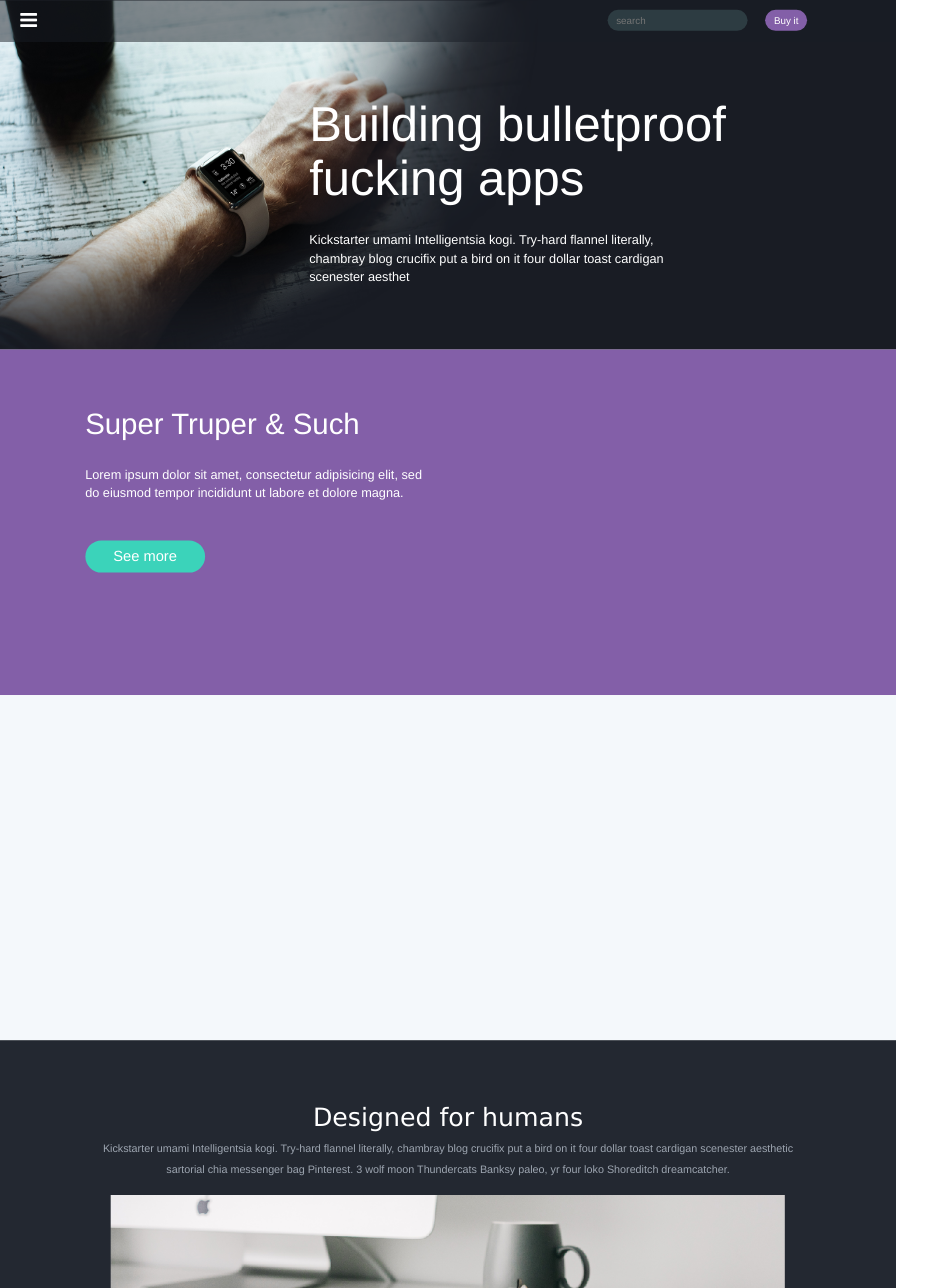
Repository: KatarzynaOwczarska/Tork
Page: Tork/WebContent/index.html
The author's editor kept a copy of each file at every save. The page is drawn from the files as they stood at one save, then again after the next save.
The browser window is 1280 px wide. The page is 1321 px wide, so the pictures cover 1321 px, including what lies to the right of the window. The pictures show the part of the page from y = 0 to 1840 px (the page is 4629 px tall), at 70% of full size.
Backgrounds fixed to the window are drawn as part of the page.

Above is the page before, as saved 2017-02-06 13:39:45.

### Tork/WebContent/index.html
<!DOCTYPE html>
<html>
<head>
	<meta charset="UTF-8">
	<title>Tork</title>
	<link rel="stylesheet" type="text/css" href="./css/bootstrap.min.css">
	<link rel="stylesheet" type="text/css" href="./css/style.css">
	<link rel="stylesheet" href="./css/font-awesome.min.css">
	<link rel="stylesheet" href="./css/animate.css" type="text/css">
	<script src="./js/jquery-3.1.1.min.js"></script>
	<script src="./js/bootstrap.min.js"></script>
	<script src="./js/jquery.viewportchecker.min.js"></script>
	<script src="./js/scrollreveal.min.js"></script>
</head>
<body>
<div class="container-fluid">
	<div class="row">
		<div id="zegarek" class="col-xs-12" >
				<header>
					<div class="col-xs-1">
						<span id="nav" class="fa fa-bars fa-2x" aria-hidden="true"></span>
					</div>
					<div class="col-xs-offset-1 col-xs-9 col-lg-offset-7 col-lg-3">
						<input id="search" type="search" placeholder="search">
						<button id="buy-it">Buy it</button>
					</div>
				</header>
			<div class="col-xs-12 col-sm-offset-4 col-sm-6">
				<h1 id="naglowek"> Building bulletproof <br>fucking apps</h1>
				<p id="napis"><br>Kickstarter umami Intelligentsia kogi. Try-hard flannel literally, chambray blog crucifix put a bird on it four dollar toast cardigan scenester aesthet</p>
			</div>
			<div data-animate="bounceInDown"id="telefon" class="col-md-offset-6 col-md-6 hidden-xs hidden-sm">
				<img src="./telefon.png" height="550" width="430">
			</div>
		</div>
	</div>
	<div id=fiolet class="row">
			<div  id="super" class="col-md-5 col-md-offset-1 col-xs-offset-2 col-xs-8">
				<h2 id="super-truper">Super Truper & Such</h2>
				<p id="napis2"><br>Lorem ipsum dolor sit amet, consectetur adipisicing elit, sed do eiusmod tempor incididunt ut labore et dolore magna.</p>
				<button id="przycisk">See more</button>
			</div>
	</div>
	<div id="trzy-kolumny" class="row">
			<div data-animate="fadeIn" class="col-xs-10 col-xs-offset-1">
				<div class="col-xs-12 col-md-4">
					<h2 id="design-features">Design & Features</h2>
					<br>
					<p id="design-features-p">Flannel ennui narwhal, craft beer twee Vice plaid authentic synth.</p>
					<br>
					<p id="miedzy-liniami">Kickstarter umami Intelligentsia kogi. Try-hard flannel literally, chambray blog crucifix put a bird on it four dollar toast cardigan scenester aesthetic sartorial chia messenger bag Pinterest.</p>
					<br>
					<button id="przycisk">See more</button>
				</div>
				<div class="col-xs-12 col-md-4">
					<h2 id="design-features">Design & Features</h2>
					<br>
					<p id="design-features-p">Flannel ennui narwhal, craft beer twee Vice plaid authentic synth.</p>
					<br>
					<p id="miedzy-liniami">Kickstarter umami Intelligentsia kogi. Try-hard flannel literally, chambray blog crucifix put a bird on it four dollar toast cardigan scenester aesthetic sartorial chia messenger bag Pinterest.</p>
					<br>
					<button id="przycisk">See more</button>
				</div>
				<div class="col-xs-12 col-md-4">
					<h2 id="design-features">Design & Features</h2>
					<br>
					<p id="design-features-p">Flannel ennui narwhal, craft beer twee Vice plaid authentic synth.</p>
					<br>
					<p id="miedzy-liniami">Kickstarter umami Intelligentsia kogi. Try-hard flannel literally, chambray blog crucifix put a bird on it four dollar toast cardigan scenester aesthetic sartorial chia messenger bag Pinterest.</p>
					<br>
					<button id="przycisk">See more</button>
				</div>
			</div>
	</div>
	<div id="czarny" class="row">
			<div class="col-xs-offset-1 col-xs-10">
				<h1 id="for-humans">Designed for humans</h1>
				<p id="wysrodkowany">Kickstarter umami Intelligentsia kogi. Try-hard flannel literally, chambray blog crucifix put a bird on it four dollar toast cardigan scenester aesthetic sartorial chia messenger bag Pinterest. 3 wolf moon Thundercats Banksy paleo, yr four loko Shoreditch dreamcatcher.</p>
				<div id="myCarousel" class="carousel slide" data-ride="carousel">
	 				<ol class="carousel-indicators">
					    <li data-target="#myCarousel" data-slide-to="0" class="active"></li>
					    <li data-target="#myCarousel" data-slide-to="1"></li>
					</ol>
	 				<div class="carousel-inner" role="listbox">
	      				<div class="item active">
	        				<img src="./rozowy-obrazek.png">
	        			</div>
	      				<div class="item">
	        				<img src="./komputer.png">
	      				</div>
	    			</div>
				</div>
			</div>
	</div>
	<div id="szary" class="row">
			<div id="margines-ikonki" class="col-xs-10 col-xs-offset-1">
				<div class="col-xs-12 col-md-3">
					<span id="ikonka" class="fa fa-pencil fa-3x" aria-hidden="true"></span>
					<h3>01<span id="span-kolor"> Design</span></h3>
					<br>
					<p id="napis-szary">Scenester PBR deep v jean shorts typewriter. Sustainable keytar Tumblr, authentic mustache locavore scenester gentrify meh banjo fanny pack health goth. Four dollar toast scenester XOXO crucifix, mumblecore banh mi yr cold-pressed Bushwick.</p>
					<p id="test"></p>
				</div>
				<div class="col-xs-12 col-md-3">
					<span id="ikonka" class="fa fa-location-arrow fa-3x" aria-hidden="true"></span>
					<h3>02<span id="span-kolor"> Refinement</span></h3>
					<br>
					<p id="napis-szary">Scenester PBR deep v jean shorts typewriter. Sustainable keytar Tumblr, authentic mustache locavore scenester gentrify meh banjo fanny pack health goth. Four dollar toast scenester XOXO crucifix, mumblecore banh mi yr cold-pressed Bushwick.</p>
				</div>
				<div class="col-xs-12 col-md-3">
					<span id="ikonka" class="fa fa-paint-brush fa-3x" aria-hidden="true"></span>
					<h3>03<span id="span-kolor"> Dive In</span></h3>
					<br>
					<p id="napis-szary">Scenester PBR deep v jean shorts typewriter. Sustainable keytar Tumblr, authentic mustache locavore scenester gentrify meh banjo fanny pack health goth. Four dollar toast scenester XOXO crucifix, mumblecore banh mi yr cold-pressed Bushwick.</p>
				</div>
				<div class="col-xs-12 col-md-3">
					<span id="ikonka" class="fa fa-search fa-3x" aria-hidden="true"></span>
					<h3>04<span id="span-kolor"> Research</span></h3>
					<br>
					<p id="napis-szary">Scenester PBR deep v jean shorts typewriter. Sustainable keytar Tumblr, authentic mustache locavore scenester gentrify meh banjo fanny pack health goth. Four dollar toast scenester XOXO crucifix, mumblecore banh mi yr cold-pressed Bushwick.</p>
				</div>
			</div>
	</div>
	<div id="szary-jasny" class="row">
			<div class="col-xs-12 col-md-4 col-md-offset-1">
				<h1 id="conectivity">Conectivity</h1>
				<p id="napis-zegarek">Flannel ennui narwhal, craft beer twee Vice plaid authentic synth Intelligentsia stumptown gluten-free drinking vinegar Schlitz mixtape.</p>
				<p id="napis-zegarek-maly">Kickstarter umami Intelligentsia kogi. Try-hard flannel literally, chambray blog crucifix put a bird on it four dollar toast cardigan scenester aesthetic sartorial chia messenger bag Pinterest.</p>
				<p id="test2"></p>
			</div>
			<div id="zegarek-czysty" class="col-xs-12 col-md-7"><img id="obrazek" src="./zegarek-czysty.png" height="500" width="788"></div>
	</div>
	<div id="filmik" class="row">
			<div id="padding-telefon" class="col-xs-12 col-md-offset-1 col-md-4"><img src="./telefon-reka.png" height="400" width="500"></div>
			<div id="obok-filmu" class="col-md-7 col-xs-12">
				<div class="col-xs-9 col-xs-offset-1">
					<p id="data">12th June 2015</p>
					<p id="lorem-ipsum">Lorem ipsum dolor sit amet, cotur adipisicing elit sed do eiusmod tempor incididunt ut labore et dolore</p>
				</div>
			</div>
			<div id="komentarze" class="col-xs-12 col-md-4 col-md-offset-1">
				<div class="col-md-11 col-xs-10 col-xs-offset-1">
					<h2>Lorem ipsum dolor sit amet, consectetur adipisicing elit</h2>
					<p>Lorem ipsum dolor sit amet, consectetur adipisicing elit, sed do eiusmod tempor incididunt ut labore et dolore magna aliqua. Ut enim ad minim veniam, quis nostrud exercitation ullamco</p>
					<button id="przycisk" class="visible-xs visible-sm">Read more</button>
				</div>
			</div>
			<div id="telefony" class="col-md-5 hidden-xs hidden-sm"></div>
	</div>
	<div id="reka" class="row">
		<div id="fioletowy-napis" class="col-xs-12 col-md-5">
			<p>Ut enim ad minim veniam, quis nostrud exercitation ullamco laboris. Nisi ut aliquip ex ea commodo.</p>
		</div>
	</div>
	<div id="stopka" class="row">
			<div id="margines" class="col-xs-12 col-md-5 col-md-offset-1">
				<p>Get in touch</p><br>
				<p id="napis-szary">Lorem ipsum dolor sit amet, consectetur adipisicing elit, sed do eiusmod tempor incididunt ut labore et dolore magna aliqua. Ut enim ad minim veniam, quis nostrud exercitation ullamco laboris nisi ut aliquip ex ea commodo consequat.</p>
			</div>
			<div id="margines" class="col-xs-12 col-md-5 col-md-offset-1">
				<p>Stay in touch</p>
				<form action="#" class="form-inline">
					<div class="form-group">
						<div class="input-group">
							<div><input id="pole" type="email" placeholder="Enter your email" class="form-control"></div>
							<div id="submit" class="input-group-addon"><button id="submit" type="submit" value=""><span class="fa fa-check fa-3x"></span></button></div>
						</div>
					</div>
				</form>
				<p id="pod-polem">Lorem ipsum dolor sit amet, consectetur adipisicing elit, <br>sed do eiusmod tempor incididunt ut labore et dolor</p>
			</div>
			<div id="linki" class="col-xs-12 col-md-5 col-md-offset-1">
					<div class="col-xs-4">
						<p>Resources</p>
						<a>Tour</a><br>
						<a>Customers</a><br>
						<a>Pricing and Plans</a><br>
						<a>New Features</a><br>
						<a>Education</a>
					</div>
					<div class="col-xs-4">
						<p>Features</p>
						<a>Tour</a><br>
						<a>Customers</a><br>
						<a>Pricing and Plans</a><br>
						<a>New Features</a><br>
						<a>Education</a>
					</div>
					<div class="col-xs-4">
						<p>How to</p>
						<a>Tour</a><br>
						<a>Customers</a><br>
						<a>Pricing and Plans</a><br>
						<a>New Features</a><br>
						<a>Education</a>
					</div>
				</div>
		</div>
	</div>
	<div id="podpis" class="row">
			<div id="footer" class="col-xs-12">
				<h4  data-animate="fadeInLeft">Made with <i id="serduszko" class="fa fa-heart" aria-hidden="true"></i> by <span id="kasia">Katarzyna Owczarska</span> Jan 2017.</h4>
			</div>
	</div>
	<script>
		$(document).ready(function(){
			$('*[data-animate]').addClass('ukryj').each(function(){
      			$(this).viewportChecker({
        			classToAdd: 'show animated ' + $(this).data('animate'),
        			classToRemove: 'ukryj',
        			offset: '5%'
      			});
    		});
		});

		function check() {
			var scrollPos = controller.info("scrollPos");
			document.getElementById("test").innerHTML = scrollPos;
		}
	</script>
	<script>
    	window.sr = ScrollReveal();
    	sr.reveal('#telefony', {
        	reset: true,
        	delay: 500,
        	distance: 0
    	});
    	sr.reveal('#padding-telefon', {
        	reset: true,
        	delay: 500,
        	distance: 0
    	});
    	sr.reveal('#zegarek-czysty', {
        	reset: true,
        	delay: 500,
        	distance: 0
    	});
    	sr.reveal('#fioletowy-napis', {
        	reset: true,
        	duration: 1000,
        	delay: 500,
        	easing: 'linear',
    	});
</script>
</body>
</html>

### Tork/WebContent/css/style.css
@CHARSET "UTF-8";

.container-fluid {
	padding: 0px 0px 0px 0px;
}

.row {
	margin: 0px 0px 0px 0px;
}

header {
	height: 60px;
	background-color: transparent;
  	background-color: rgba(25, 28, 36, 0.5);  /* FF3+, Saf3+, Opera 10.10+, Chrome, IE9 */
  	filter: progid:DXImageTransform.Microsoft.gradient(startColorstr=#3332FA32,endColorstr=#3332FA32); /* IE6&#8211;IE9 */
  	zoom: 1;
  	position: fixed;
  	top: 0;
  	width: 100%;
}

#search {
	background-color: rgb(45,60,66);
	margin-top: 1em;
	border-radius: 50px;
	text-indent: 10px;
	height: 30px;
	width: 200px;
	border: none;
}

#buy-it {
	border-radius: 50px;
	width: 60px;
	height: 30px;
	background-color: rgb(131,95,168);
	color: white;
	border: none;
	margin-left: 1.5em;
}

#nav {
	color: white;
	margin-left: 0.5em;
	margin-top: 0.5em;
}

#zegarek {
	background-color: rgb(25,28,36);
	background-image: url("../zegarek.png");
	background-size: 60% 120%;
	background-repeat: no-repeat;
	background-attachment: fixed;
	padding-right: 0px;
    padding-left: 0px;
}

#telefon {
	position: absolute;
	top: 90%;
}

#naglowek {
	color: white;
	font-size: 5em;
	font-weight: 100;
	margin-top: 2em;
}

#napis {
	color: white;
	font-size: 1.3em;
	margin-right: 5em;
	margin-bottom:5em;
}

#napis2 {
	color: white;
	font-size: 1.3em;
	margin-bottom:3em;
}

#fiolet {
	background-color: rgb(131,95,168);
}

#super-truper {
	color: white;
	margin-top: 2em;
	font-size: 3em;
}

#super {
	margin-bottom: 9.5em;
}

#przycisk {
	border-radius: 50px;
	background-color: rgb(59,211,186);
	border: none;
	padding: 8px 40px;
	color: white;
	font-size: 1.5em;
	margin-bottom: 2em;
	transition-duration:0.5s;
}

#przycisk:hover {
	background-color: rgb(0,188,212);
}

#trzy-kolumny {
	background-color: rgb(244,248,251);
}

#design-features {
	color: rgb(86,86,86);
	margin-top: 3em;
	font-size: 2em;

}

#design-features-p {
	color: rgb(126,126,126);
	font-size: 1.5em;
	font-weight: 100;
	font-family: Arial, Helvetica, sans-serif;
}

#miedzy-liniami {
	line-height: 200%;
	font-family: Verdana, Geneva, sans-serif;
}

#czarny {
	background-color: rgb(35,40,49);
}


#for-humans {
	color: white;
	font-family: Verdana, Geneva, sans-serif;
	text-align: center;
	margin-top: 2.5em;
}

#wysrodkowany {
	color: rgb(157,165,176);
	text-align: center;
	font-size: 1.1em;
	line-height: 200%;
}

.carousel-inner > .item > img,
  .carousel-inner > .item > a > img {
      margin: auto;
      margin-top: 1%;
}

#szary {
	background-color: rgb(43,48,59);
}

#szary h3 {
	color:rgb(51,77,96);
}

#span-kolor {
	color: white;
}

#napis-szary {
	line-height: 200%;
	color: rgb(157,165,176);
}

#margines {
	margin-bottom: 5em;
	margin-top: 1.7em;
}

#ikonka {
	color: rgb(55,156,136);
}

#szary-jasny {
	background-color: rgb(233,238,241);
}

#napis-zegarek {
	color: rgb(117,122,134);
	font-size: 1.2em;
	margin-top: 2em;
	margin-bottom: 2em;
	line-height: 200%;
}

#napis-zegarek-maly {
	line-height: 200%;
}

#conectivity {
	margin-left: 0.5em;
	margin-top: 2.5em;
}

#filmik {
	height: 700px;
	background-color: rgb(244,248,251);
}

#padding-telefon {
	padding: 0px 0px 0px 0px;
}

#zegarek-czysty {
	padding: 0px 0px 0px 0px;
}

#obok-filmu {
	background-color: rgb(131,95,168);
	height: 400px;
	padding: 0px 0px 0px 0px;
}

#data {
	margin-top: 5em;
	color: white;
	font-style: italic;
}

#lorem-ipsum {
	color: white;
	font-style: italic;
	font-size: 2em;
	font-weight: 100;
	font-family: Arial, Helvetica, sans-serif;
}

#komentarze {
	background-color: white;
}

#komentarze h2 {
	font-size: 1.5em;
	margin-top: 2em;
}

#komentarze p {
	margin-top: 1.5em;
	margin-bottom: 8em;
	color: rgb(131,150,162);
}

#telefony {
	background-image: url("../telefony.jpg");
	background-repeat: no-repeat;
	height: 43%;
}

#reka {
	background-color: black;
	background-image: url("../dlugopis.png");
	background-size: 100% 120%;
	background-repeat: no-repeat;
}

#reka div {
	background-color: rgb(131,95,168);
	height: 400px;
	opacity: 0.8;
}

#reka p {
	font-size: 2em;
	font-style: italic;
	color: white;
	margin-top: 4em;
	margin-left: 2em;
}

#stopka {
	background-color: rgb(38,50,56);
	color: white;
}

#margines {
	margin-top: 5em;
	margin-bottom: 0px;
}

#margines-ikonki {
	margin-top: 3em;
	margin-bottom: 3em;
}

#linki {
	margin-bottom: 2em;
}

#linki p {
	font-weight: bold;
	font-size: 13px;
}

#linki a {
	color: white;
	font-size: 12px;
	line-height: 200%;
}

#linki a:hover {
	text-decoration: none;
	cursor: pointer;
}

#pole {
	border: none;
	color: black;
	background-color: rgb(246,247,250);
	text-indent: 10px;
	width: 25em;
	height: 5em;
}

#pole:focus {
	color: black;
}

#submit {
	border: none;
	width: 5em;
	background-color: rgb(131,95,168);
	color: white;
}

#pod-polem {
	margin-top: 1.5em;
	line-height: 200%;
}

#podpis {
	background-color: rgb(23,29,32);
	color: white;
}

#footer {
	margin: 20px 0px 35px 0px;
	text-align: center;
}

#odstep-d {
	height: 500px;
	background-color: grey;

}

.ukryj{
	opacity:0
}

.show {
	opacity: 1;
}

#serduszko {
	color: red;
}

#kasia {
	color: rgb(131,95,168);
}

@media only screen and (max-width: 991px) {
	#super {
		text-align: center;

	}
}

@media only screen and (max-width: 991px) {
	#super-truper {
		margin-top: 2.5em;

	}
}

@media only screen and (max-width: 768px) {
	#naglowek {
		margin-top: 0.5em;

	}

	#zegarek {
		background-size: 100% 120%;
	}

	#obrazek {
		width: 100%;
	}
}

Loaded but not shown: Tork/WebContent/css/bootstrap.min.css (library); Tork/WebContent/css/font-awesome.min.css (library); Tork/WebContent/css/animate.css (library); Tork/WebContent/js/jquery-3.1.1.min.js (library); Tork/WebContent/js/bootstrap.min.js (library); Tork/WebContent/js/jquery.viewportchecker.min.js (common file); Tork/WebContent/js/scrollreveal.min.js (library)

After the next save:
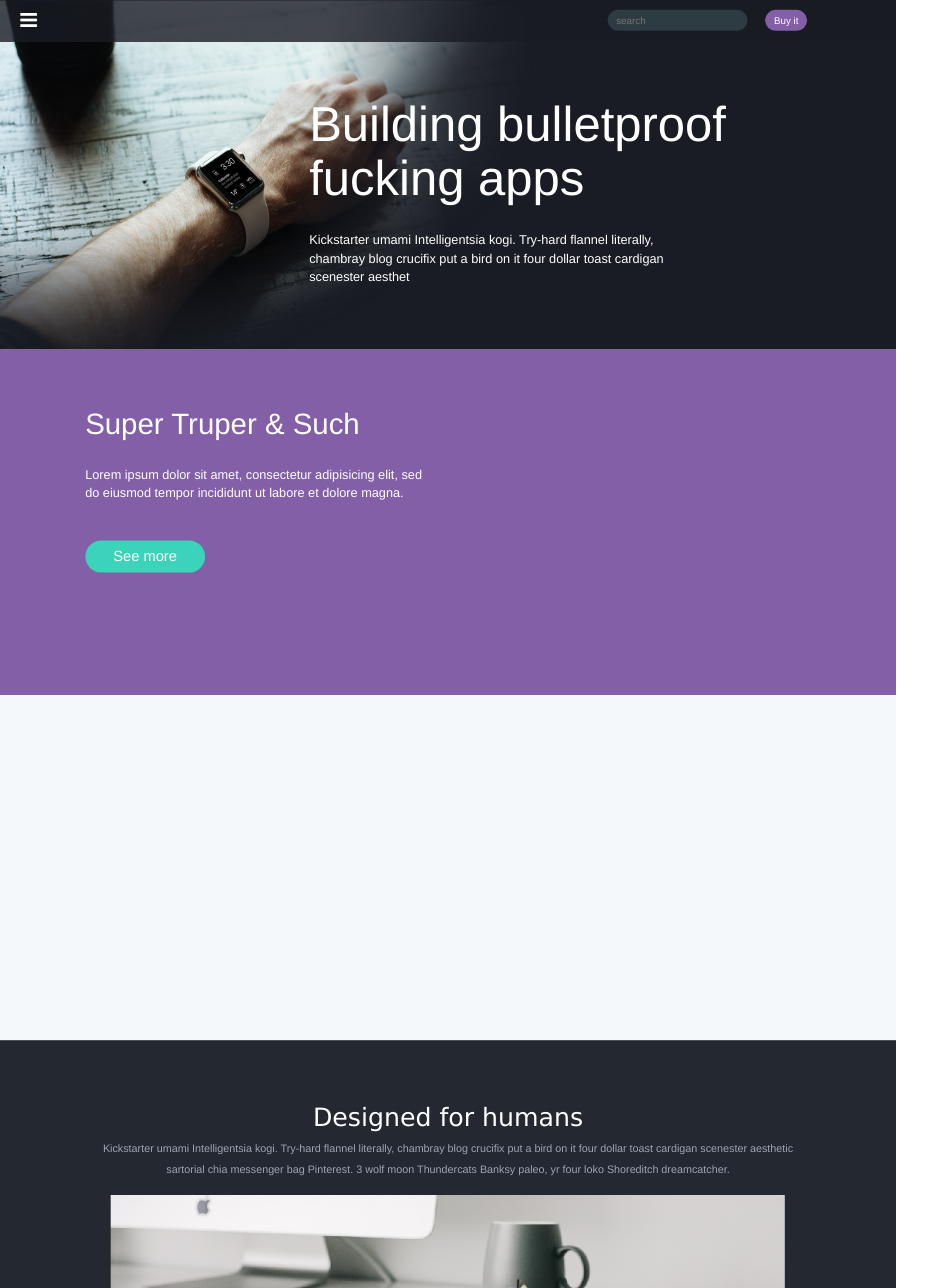
Saved 73 s later.
--- a/Tork/WebContent/css/style.css
+++ b/Tork/WebContent/css/style.css
@@ -11,7 +11,7 @@
 header {
 	height: 60px;
 	background-color: transparent;
-  	background-color: rgba(25, 28, 36, 0.5);  /* FF3+, Saf3+, Opera 10.10+, Chrome, IE9 */
+  	background-color: rgba(25, 28, 36, 0.8);  /* FF3+, Saf3+, Opera 10.10+, Chrome, IE9 */
   	filter: progid:DXImageTransform.Microsoft.gradient(startColorstr=#3332FA32,endColorstr=#3332FA32); /* IE6&#8211;IE9 */
   	zoom: 1;
   	position: fixed;
